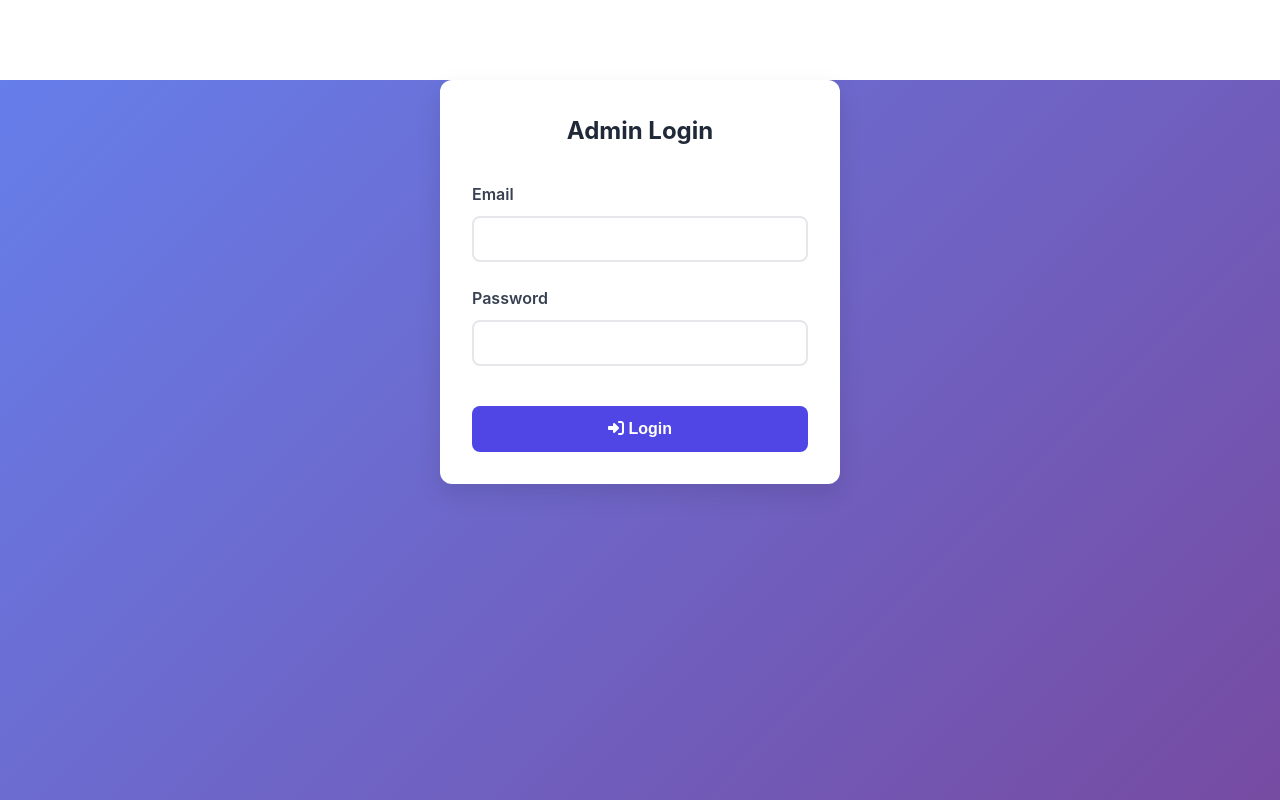
Repository: papykabukanyi/fasthelp
Page: public/admin.html
These files come from the project's save history. The page is drawn as it stood at one moment and after the next save; the edit follows.
The browser window is 1280 px wide. The pictures show the whole page.

Above is the page before, as saved 2025-06-28 23:19:41.

After the next save:
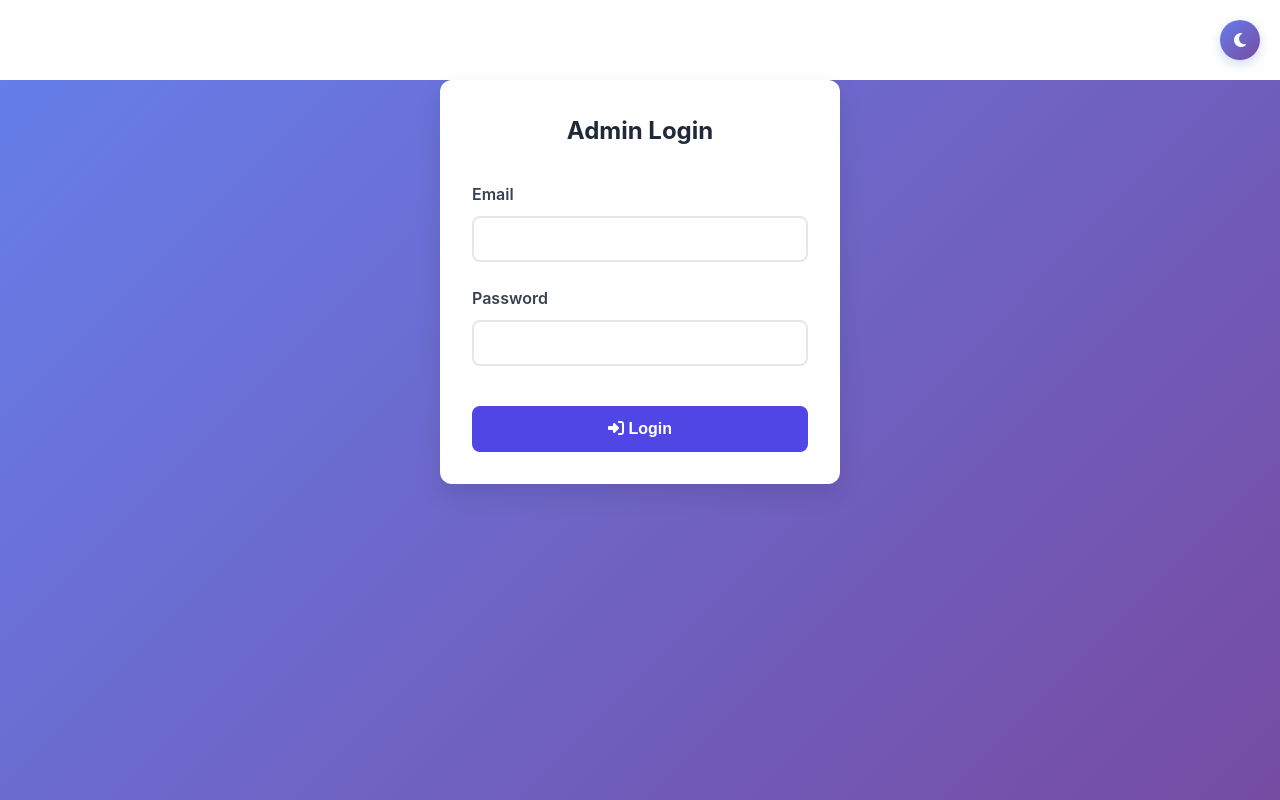
Saved 23 s later.
--- a/public/admin.html
+++ b/public/admin.html
@@ -329,6 +329,11 @@
     </style>
 </head>
 <body>
+    <!-- Theme Toggle Button -->
+    <button class="theme-toggle" onclick="toggleTheme()" title="Toggle dark mode">
+        <i class="fas fa-moon" id="theme-icon"></i>
+    </button>
+
     <div class="hero-section" style="min-height: 100vh; background: linear-gradient(135deg, #667eea 0%, #764ba2 100%);">
 
         <!-- Login Form (shown when not logged in) -->
